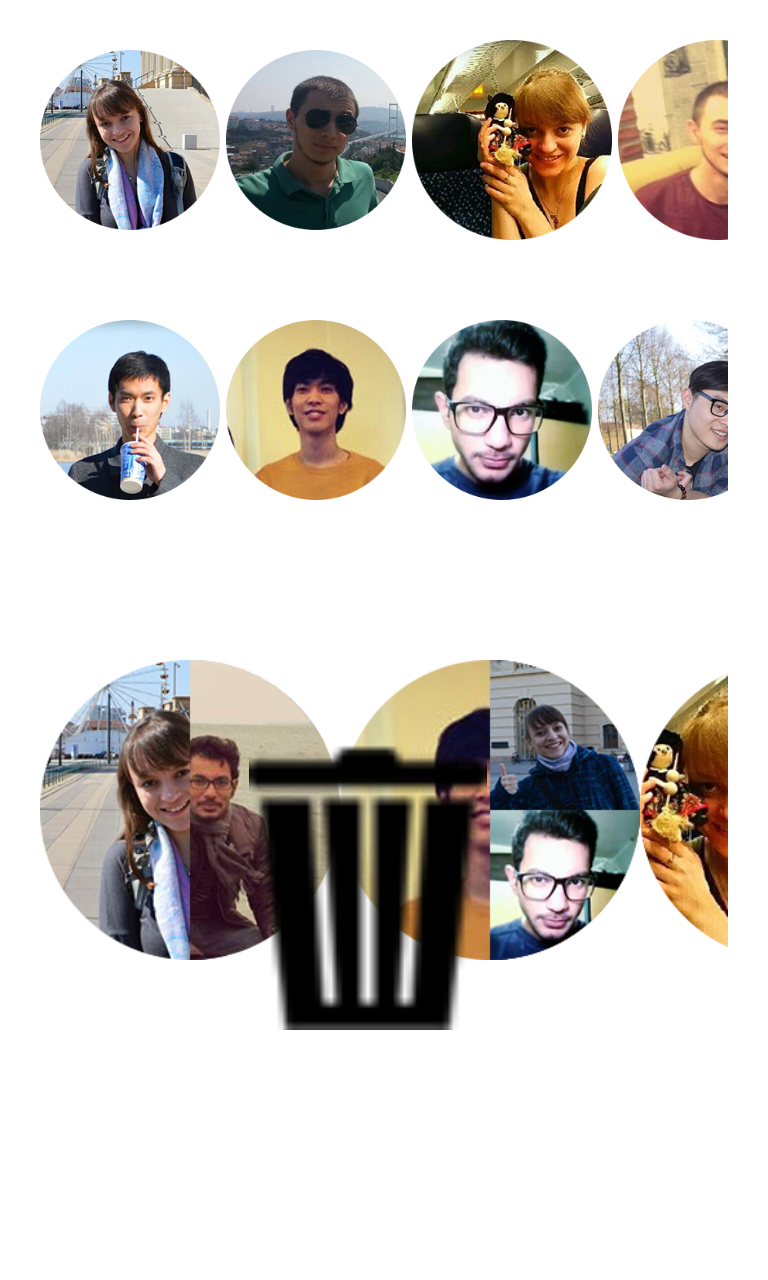
Repository: vitaabb/learnmixer
Layout: LearnMixer 4.05.2015/LearnMixer/res/layout/activity_friends.xml
The author's editor kept a copy of each file at every save. The layout is drawn from the files as they stood at one save, then again after the next save.
It is drawn on a 768 x 1280 px phone screen (xhdpi) without system bars, with theme AppTheme; the app's code is not run.

Above is the layout before, as saved 2015-05-06 16:57:34.

After the next save:
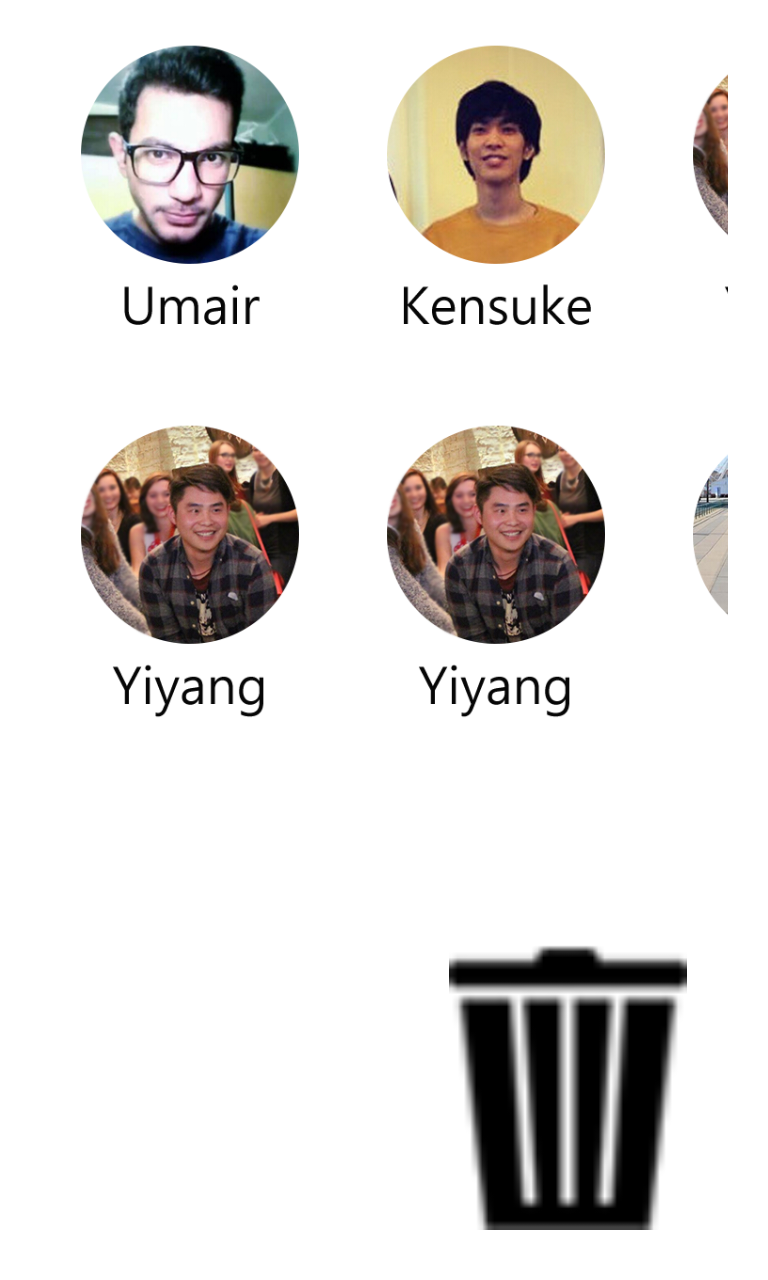
Saved 48 min 47 s later.
--- a/LearnMixer 4.05.2015/LearnMixer/res/layout/activity_friends.xml
+++ b/LearnMixer 4.05.2015/LearnMixer/res/layout/activity_friends.xml
@@ -12,59 +12,46 @@
 
         <LinearLayout
             android:id="@+id/row1"
-            android:layout_width="wrap_content"
+            android:layout_width="match_parent"
             android:layout_height="wrap_content"
             android:layout_margin="20dp"
+
             android:orientation="horizontal" >
 
             <ImageView
                 android:id="@+id/fimg_1"
-                android:layout_width="90dp"
-                android:layout_height="100dp"
+                android:layout_width="150dp"
+                android:layout_height="150dp"
                 android:layout_marginRight="3dp"
-                android:src="@drawable/face1" />
+                android:src="@drawable/usr5" />
 
             <ImageView
                 android:id="@+id/fimg_2"
-                android:layout_width="90dp"
-                android:layout_height="100dp"
+                android:layout_width="150dp"
+                android:layout_height="150dp"
                 android:layout_marginRight="3dp"
-                android:src="@drawable/face2" />
+                android:src="@drawable/usr1" />
 
             <ImageView
                 android:id="@+id/fimg_6"
-                android:layout_width="100dp"
-                android:layout_height="100dp"
+                android:layout_width="150dp"
+                android:layout_height="150dp"
                 android:layout_marginRight="3dp"
-                android:src="@drawable/face6" />
+                android:src="@drawable/usr4" />
 
             <ImageView
                 android:id="@+id/fimg_3"
-                android:layout_width="100dp"
-                android:layout_height="100dp"
+                android:layout_width="150dp"
+                android:layout_height="150dp"
                 android:layout_marginRight="3dp"
-                android:src="@drawable/face3" />
+                android:src="@drawable/usr3" />
 
             <ImageView
                 android:id="@+id/fimg_14"
-                android:layout_width="100dp"
-                android:layout_height="100dp"
+                android:layout_width="150dp"
+                android:layout_height="150dp"
                 android:layout_marginRight="3dp"
-                android:src="@drawable/face14" />
-
-            <ImageView
-                android:id="@+id/fimg_4"
-                android:layout_width="100dp"
-                android:layout_height="100dp"
-                android:layout_marginRight="3dp"
-                android:src="@drawable/face4" />
-
-            <ImageView
-                android:id="@+id/fimg_5"
-                android:layout_width="100dp"
-                android:layout_height="100dp"
-                android:layout_marginRight="3dp"
-                android:src="@drawable/face5" />
+                android:src="@drawable/usr4" />
         </LinearLayout>
 
         <LinearLayout
@@ -75,61 +62,39 @@
             android:orientation="horizontal" >
 
             <ImageView
-                android:id="@+id/fimg_7"
-                android:layout_width="90dp"
+                android:id="@+id/ImageView06"
+                android:layout_width="150dp"
+                android:layout_height="150dp"
                 android:layout_marginRight="3dp"
-                android:layout_height="90dp"
-                android:src="@drawable/face7" />
+                android:src="@drawable/usr4" />
 
             <ImageView
-                android:id="@+id/fimg_8"
-                android:layout_width="90dp"
+                android:id="@+id/ImageView05"
+                android:layout_width="150dp"
+                android:layout_height="150dp"
                 android:layout_marginRight="3dp"
-                android:layout_height="90dp"
-                android:src="@drawable/face8" />
+                android:src="@drawable/usr4" />
 
             <ImageView
-                android:id="@+id/fimg_9"
-                android:layout_width="90dp"
+                android:id="@+id/ImageView04"
+                android:layout_width="150dp"
+                android:layout_height="150dp"
                 android:layout_marginRight="3dp"
-                android:layout_height="90dp"
-                android:src="@drawable/face9" />
+                android:src="@drawable/usr3" />
 
             <ImageView
-                android:id="@+id/fimg_12"
-                android:layout_width="90dp"
-                android:layout_height="90dp"
+                android:id="@+id/ImageView02"
+                android:layout_width="150dp"
+                android:layout_height="150dp"
                 android:layout_marginRight="3dp"
-                android:src="@drawable/face12" />
+                android:src="@drawable/usr4" />
 
             <ImageView
-                android:id="@+id/fimg_11"
-                android:layout_width="90dp"
-                android:layout_height="90dp"
-                android:src="@drawable/face11"
-                android:layout_marginRight="3dp"/>
-
-            <ImageView
-                android:id="@+id/fimg_10"
-                android:layout_width="90dp"
-                android:layout_height="90dp"
+                android:id="@+id/ImageView01"
+                android:layout_width="150dp"
+                android:layout_height="150dp"
                 android:layout_marginRight="3dp"
-                android:src="@drawable/face10" />
-
-            <ImageView
-                android:id="@+id/fimg_15"
-                android:layout_marginRight="3dp"
-                android:layout_width="90dp"
-                android:layout_height="90dp"
-                android:src="@drawable/face15" />
-
-            <ImageView
-                android:layout_marginRight="3dp"
-                android:id="@+id/fimg_13"
-                android:layout_width="90dp"
-                android:layout_height="90dp"
-                android:src="@drawable/face13" />
-
+                android:src="@drawable/usr5" />
         </LinearLayout>
 
         <LinearLayout
@@ -146,31 +111,6 @@
             android:layout_height="wrap_content"
             android:layout_margin="20dp"
             android:orientation="horizontal" >
-
-            <ImageView
-                android:id="@+id/fimg_16"
-                android:layout_width="150dp"
-                android:layout_height="150dp"
-                android:src="@drawable/face16" />
-
-            <ImageView
-                android:id="@+id/fimg_17"
-                android:layout_width="150dp"
-                android:layout_height="150dp"
-                android:src="@drawable/face17" />
-
-            <ImageView
-                android:id="@+id/fimg_18"
-                android:layout_width="150dp"
-                android:layout_height="150dp"
-                android:src="@drawable/face18" />
-
-            <ImageView
-                android:id="@+id/fimg_19"
-                android:layout_width="150dp"
-                android:layout_height="150dp"
-                android:src="@drawable/face19" />
-
         </LinearLayout>
     </LinearLayout>
 
@@ -187,7 +127,10 @@
             android:id="@+id/addGroup"
             android:layout_width="150dp"
             android:layout_height="150dp"
+            android:layout_alignParentBottom="true"
+            android:layout_alignParentRight="true"
             android:src="@drawable/delete" />
+
     </RelativeLayout>
 
 </RelativeLayout>
